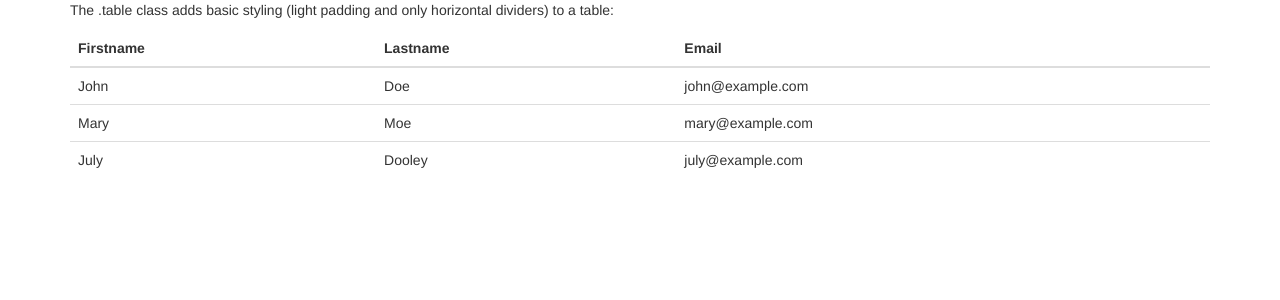
Repository: priyankateli27/priyanka
Page: SirAssignment/src/main/webapp/information.html
The author's editor kept a copy of each file at every save. The page is drawn from the files as they stood at one save, then again after the next save.
The browser window is 1280 px wide. The pictures show the whole page.

Above is the page before, as saved 2016-07-15 10:45:49.

### SirAssignment/src/main/webapp/information.html
<!DOCTYPE html>
<html lang="en">
<head>
  <title>Student record</title>
  <meta charset="utf-8">
  <meta name="viewport" content="width=device-width, initial-scale=1">
  <link rel="stylesheet" href="http://maxcdn.bootstrapcdn.com/bootstrap/3.3.6/css/bootstrap.min.css">
  <script src="https://ajax.googleapis.com/ajax/libs/jquery/1.12.4/jquery.min.js"></script>
  <script src="http://maxcdn.bootstrapcdn.com/bootstrap/3.3.6/js/bootstrap.min.js"></script>
</head>
<body>

<div class="container">

  <p>The .table class adds basic styling (light padding and only horizontal dividers) to a table:</p>
  <table class="table">
    <thead>
      <tr>
        <th>Firstname</th>
        <th>Lastname</th>
        <th>Email</th>
      </tr>
    </thead>
    <tbody>
      <tr>
        <td>John</td>
        <td>Doe</td>
        <td>john@example.com</td>
      </tr>
      <tr>
        <td>Mary</td>
        <td>Moe</td>
        <td>mary@example.com</td>
      </tr>
      <tr>
        <td>July</td>
        <td>Dooley</td>
        <td>july@example.com</td>
      </tr>
    </tbody>
  </table>
</div>

</body>
</html>

After the next save:
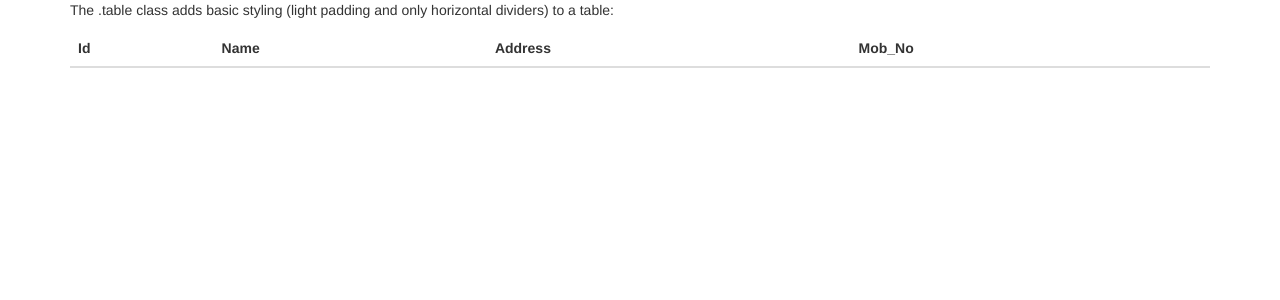
Saved 2 min 5 s later.
--- a/SirAssignment/src/main/webapp/information.html
+++ b/SirAssignment/src/main/webapp/information.html
@@ -16,28 +16,13 @@
   <table class="table">
     <thead>
       <tr>
-        <th>Firstname</th>
-        <th>Lastname</th>
-        <th>Email</th>
+        <th>Id</th>
+        <th>Name</th>
+        <th>Address</th>
+        <th>Mob_No</th>
       </tr>
     </thead>
-    <tbody>
-      <tr>
-        <td>John</td>
-        <td>Doe</td>
-        <td>john@example.com</td>
-      </tr>
-      <tr>
-        <td>Mary</td>
-        <td>Moe</td>
-        <td>mary@example.com</td>
-      </tr>
-      <tr>
-        <td>July</td>
-        <td>Dooley</td>
-        <td>july@example.com</td>
-      </tr>
-    </tbody>
+
   </table>
 </div>
 
